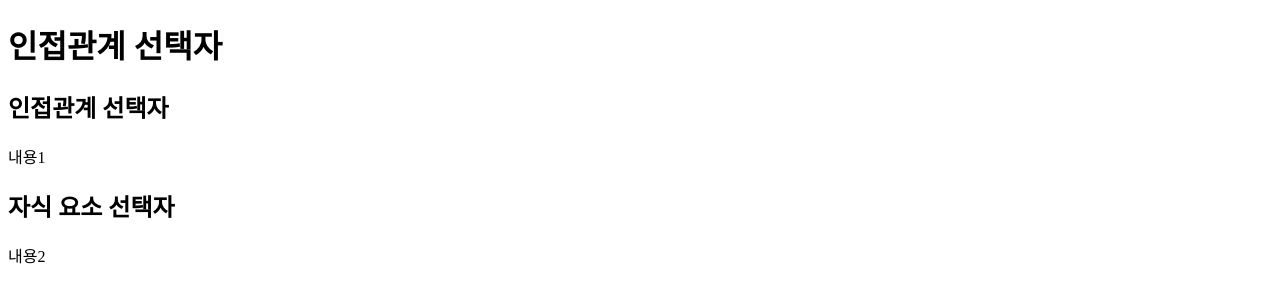
Repository: sanghui4542-ship-it/workspace_jquery
Page: jQuery/src/main/webapp/01문서객체선택자와조작법/jq_selec1_9.html
These files come from the project's save history. The page is drawn as it stood at one moment and after the next save; the edit follows.
The browser window is 1280 px wide. The pictures show the whole page.

Above is the page before, as saved 2026-07-06 03:09:59.

After the next save:
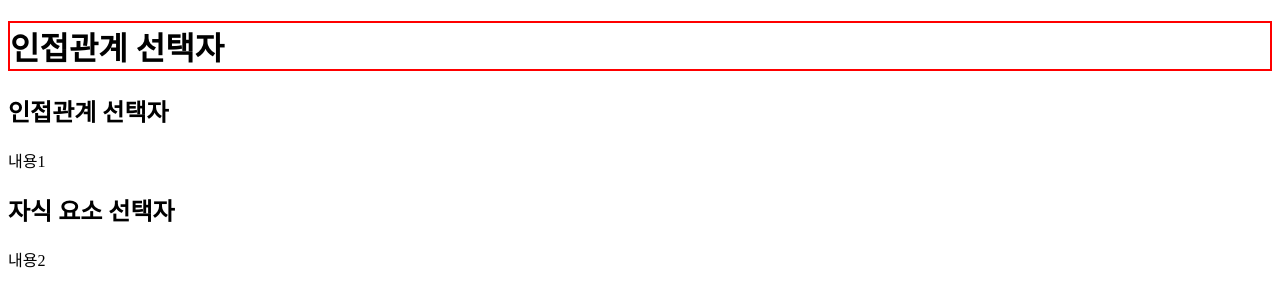
Saved 43 s later.
--- a/jQuery/src/main/webapp/01문서객체선택자와조작법/jq_selec1_9.html
+++ b/jQuery/src/main/webapp/01문서객체선택자와조작법/jq_selec1_9.html
@@ -28,7 +28,7 @@
 			순서2. $("#wrap") -> <div>의 자식요소들을 모두 선택해 오는데.......
 			순서3. $("#wrap>h1") -> <div>의 자식요소들 중에서도 <h1></h1>자식요소들만 최종 선택해 옵니다.
 		*/
-		$("#wrap>h1").css("border","2px soild red");
+		$("#wrap>h1").css("border","2px solid red");
 
 
 
